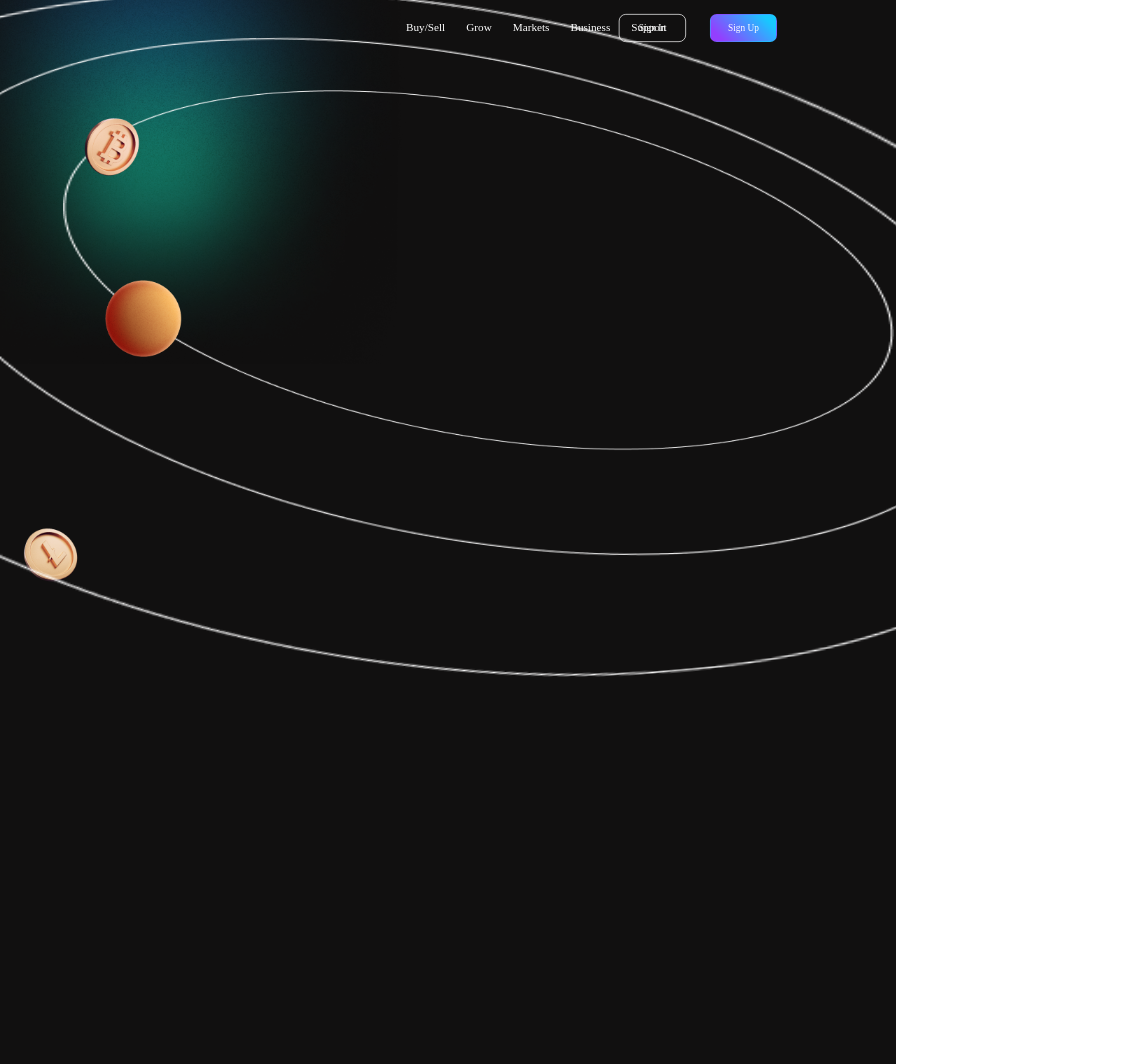
Repository: isaacCodes1/My-Crypto-Website
Page: index.html
These files come from the project's save history. The page is drawn as it stood at one moment and after the next save; the edit follows.
The browser window is 1280 px wide. The page is 1625 px wide, so the pictures cover 1625 px, including what lies to the right of the window. The pictures show the part of the page from y = 0 to 1520 px (the page is 7200 px tall), at 70% of full size.

Above is the page before, as saved 2024-05-16 10:46:25.

### index.html
<!DOCTYPE html>
<html lang="en">
<head>
    <meta charset="UTF-8">
    <meta name="viewport" content="width=device-width, initial-scale=1.0">
    <link rel="stylesheet" href="style.css">
    <title>Crypto Website.</title>
</head>
<body>
    <header>
        <nav>
            <div class="navGen">
                <div class="logoSec">
                    <img src="/images/float13.png" alt="" class="grad1">
                </div>
                <div class="lists">
                    <ul>
                        <li>Buy/Sell</li>
                        <li>Grow</li>
                        <li>Markets</li>
                        <li>Business</li>
                        <li>Support</li>
                    </ul>
                    <button id="in">Sign In</button>
                    <button id="up">Sign Up</button>
                </div>
            </div>
        </nav>
    </header>
    <section>
        <div class="landingGen">
            <div class="onlyDiv">
                <img id="e1" src="/images/Ellipse 2155.png" alt="">
                <img id="e2" src="/images/Ellipse 2156.png" alt="">
                <img src="/images/Ellipse 2157.png" alt="" id="e3">
                <img id="bit1" src="/images/float1.png" alt="">
                <img id="orange" src="/images/float3.png" alt="">
                <img id="lit1" src="/images/float4.png" alt="">
            </div>
        </div>
    </section>
</body>
</html>

### style.css
*{
    margin: 0;
    padding: 0;
    box-sizing: border-box;
    font-family: 'Poppins';
}
body{
    width: 100%;
}
/* NavBar */
.navGen{
    /* display: flex; */
    background-color: #111010;
    width: 100%;
    height: 100vh;
}
.logoSec{
    display: flex;
    background-color: #111010;
    height: 1000vh;
    width: 100%;
    align-items: center;
    padding-top: 30px;
    gap: 20px;
}
.grad1{
    position: absolute;
    top: 0px;
    left: 0;
}
.lists ul{
    display: flex;
    list-style: none;
    gap: 30px;
    margin-left: 580px;
    color: #fff;
    position: absolute;
    top: 30px;
}
#in{
    background: transparent;
    border: 1px solid #fff;
    border-radius: 10px;
    width: 96px;
    height: 40px;
    color: #fff;
    position: absolute;
    right: 300px;
    top: 20px;
}
#up{
    background: linear-gradient(225deg, #18C8FF 14.89%, #933FFE 85.85%);
    border: 1px solid transparent;
    color: #fff;
    width: 96px;
    height: 40px;
    position: absolute;
    right: 170px;
    border-radius: 10px;
    top: 20px;
}

/* Landing Page */

.landingGen{
    display: flex;
}
#e1{
    position: absolute;
    width: 1187px;
    height: 514px;
    transform: rotate(-0deg);
    left: 90px;
    top: 129px;
}
#e2{
    position: absolute;
    width: 1550px;
    height: 748px;
    top: 50px;
    left: -124px;
    transform: rotate(-0.9deg);
}
#e3{
    position: absolute;
    width: 1990px;
    height: 1032px;
    top: -40px;
    left: -406px;
    right: 0px;
    transform: rotate(-5deg);
}
#bit1{
    position: absolute;
    top: 140px;
    left: 90px;
}
#orange{
    position: absolute;
    top: 400px;
    left: 150px;
}
#lit{
    position: absolute;
    top: 500px;
}

After the next save:
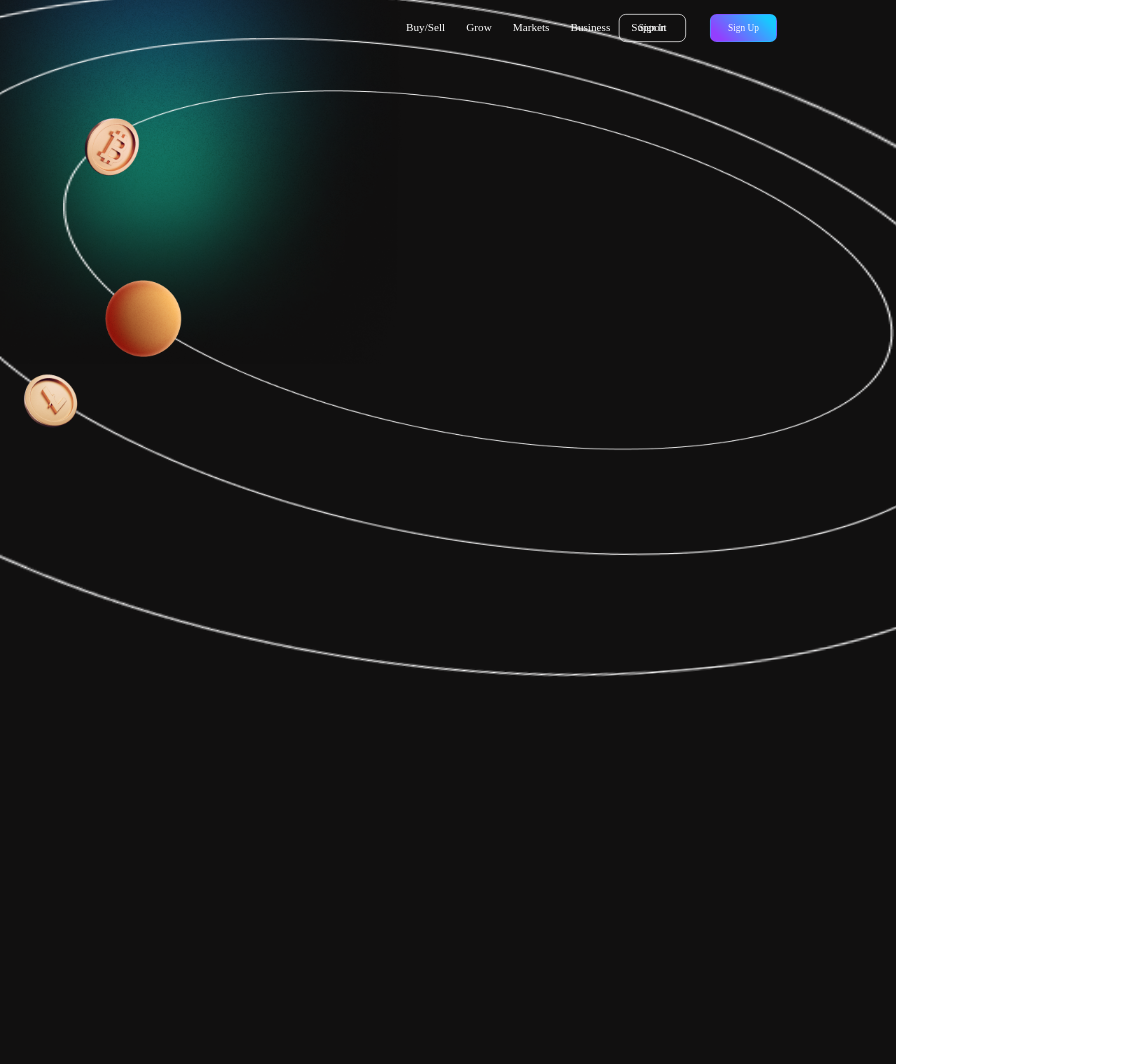
Saved 7 s later.
--- a/style.css
+++ b/style.css
@@ -100,7 +100,7 @@
     top: 400px;
     left: 150px;
 }
-#lit{
+#lit1{
     position: absolute;
     top: 500px;
 }
